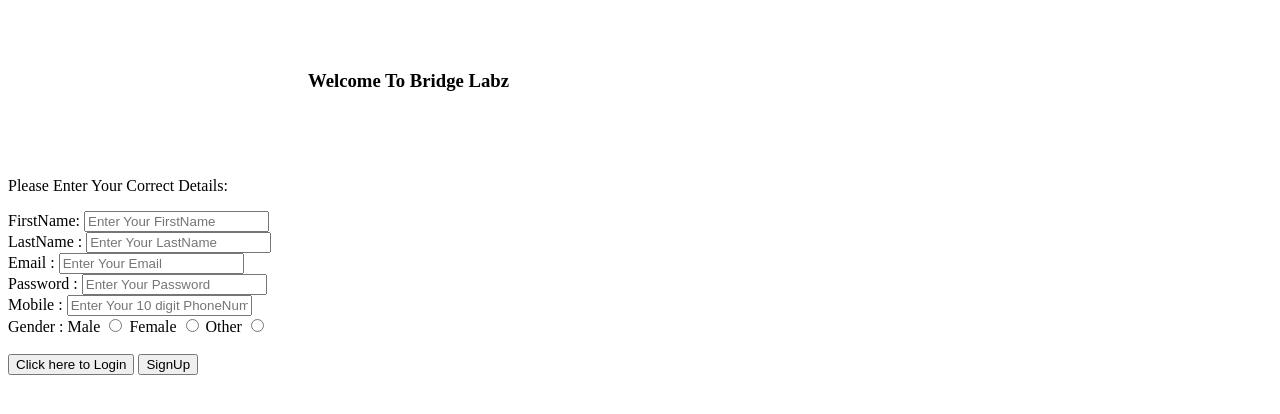
Repository: msibgathulla9980/Servlet
Page: LoginRegistrationApp/WebContent/Registration.html
An editor plug-in stored every save of this project. The page is shown before and after the next save, followed by the edit.
The browser window is 1280 px wide. The pictures show the whole page.

Above is the page before, as saved 2019-01-22 11:05:32.

### LoginRegistrationApp/WebContent/Registration.html
<html>

  <frame src="frame_a.htm" frameborder="0">
  <frame src="frame_b.htm" frameborder="0">
</frame>
<head>
<h3><b><object align="center"></object>Welcome To Bridge Labz</b></h3>
</head>
<title>LoginPage</title>
<p>Please Enter Your Correct Details: </p>
<body>
<form action="Register" method="post">
FirstName: <input type="text" name="firstName" placeholder="Enter Your FirstName" /><br>
LastName : <input type="text" name="lastName" placeholder="Enter Your LastName"/><br>
Email    : <input type="email" name="email" placeholder="Enter Your Email" /><br>
Password : <input type="password" name="password" placeholder="Enter Your Password" /><br>
Mobile   : <input type="text" name="phoneNumber" placeholder="Enter Your 10 digit PhoneNumber" /><br>
Gender   :
<label for="male">Male</label>
  <input type="radio" name="gender" id="male" value="male" >
  <label for="female">Female</label>
 <input type="radio" name="gender" id="female" value="female" >
  <label for="other">Other</label>
 <a href="login.html"><input type="radio" name="gender" id="other" value="other" ><br><br>
<input type="submit" value="Click here to Login"/></a>
<input type="submit" value="SignUp"/>
</form>
</body>
</html>

After the next save:
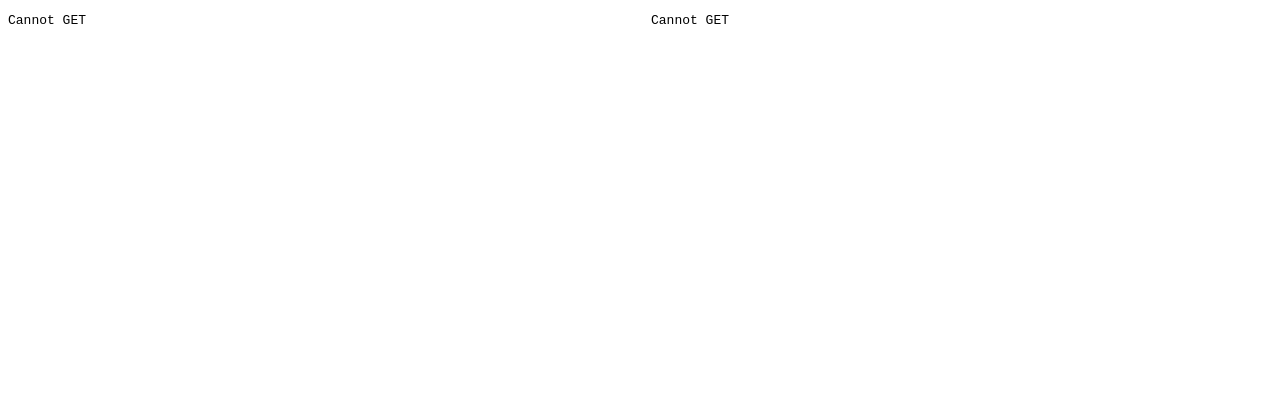
Not found: LoginRegistrationApp/WebContent/frame_a.htm
Not found: LoginRegistrationApp/WebContent/frame_b.htm
Saved 4 s later.
--- a/LoginRegistrationApp/WebContent/Registration.html
+++ b/LoginRegistrationApp/WebContent/Registration.html
@@ -1,8 +1,8 @@
 <html>
-
+ <frameset cols="50%,50%">
   <frame src="frame_a.htm" frameborder="0">
   <frame src="frame_b.htm" frameborder="0">
-</frame>
+</frameset>
 <head>
 <h3><b><object align="center"></object>Welcome To Bridge Labz</b></h3>
 </head>

After the save that followed:
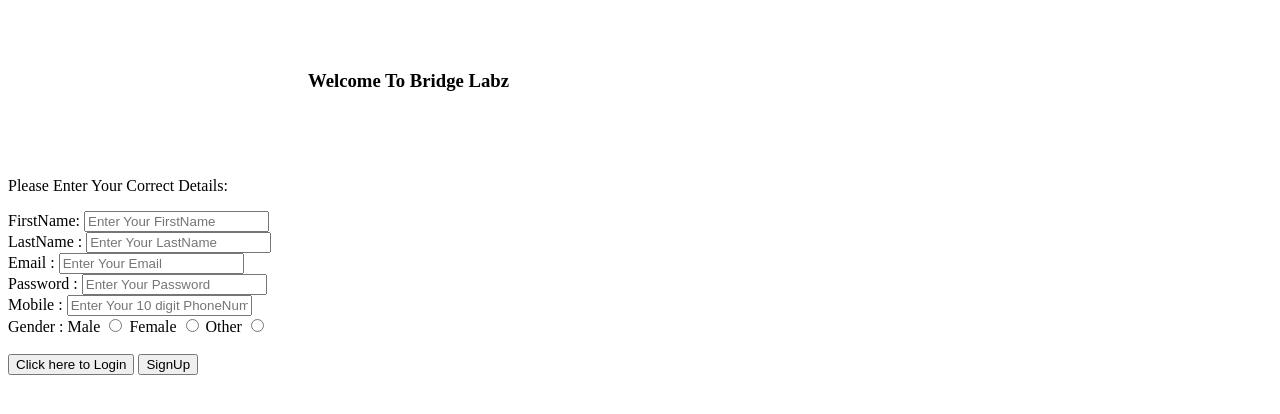
Saved 51 s later.
--- a/LoginRegistrationApp/WebContent/Registration.html
+++ b/LoginRegistrationApp/WebContent/Registration.html
@@ -1,8 +1,5 @@
 <html>
- <frameset cols="50%,50%">
-  <frame src="frame_a.htm" frameborder="0">
-  <frame src="frame_b.htm" frameborder="0">
-</frameset>
+ <frame frameborder="1|0">
 <head>
 <h3><b><object align="center"></object>Welcome To Bridge Labz</b></h3>
 </head>
